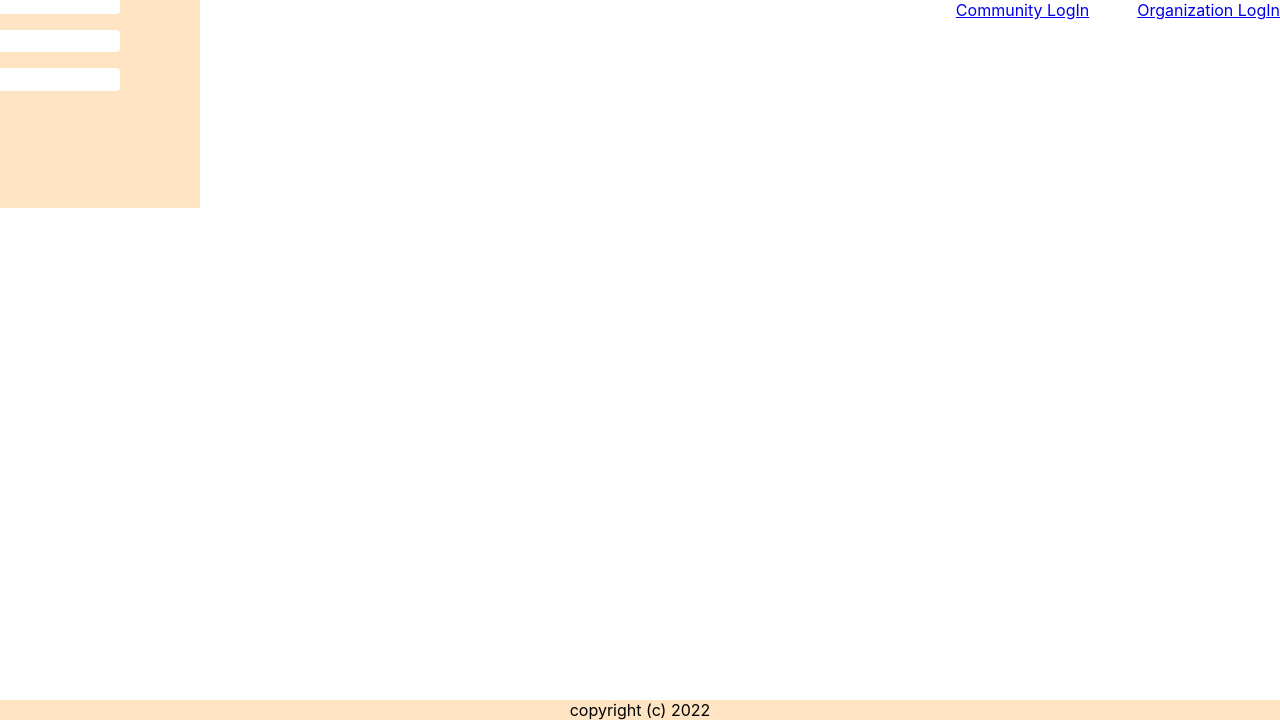
Repository: samuelp244/Ticket-Managment-System
Page: / (app in app/)
The author's editor kept a copy of each file at every save. The page is drawn from the files as they stood at one save, then again after a run of saves.
The browser window is 1280 px wide. The pictures show the whole page.
The project was rebuilt for these pictures with package versions that can differ from the ones it lists, and the page was loaded fresh each time.

Above is the page before, as saved 2022-08-17 17:51:14.

After the next 2 saves:
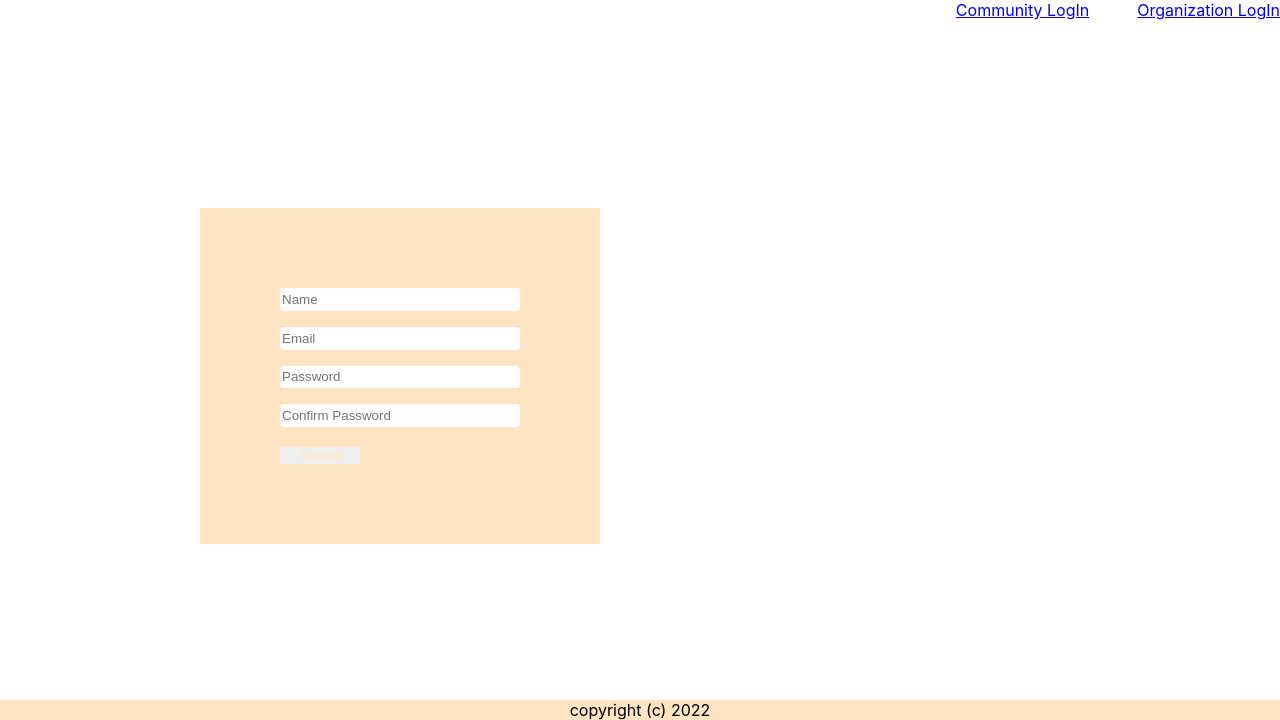
The 2 saves are shown as one change because they came seconds apart.
The last was saved 7 s later.
--- a/app/src/components/forms/SignUpComm.css
+++ b/app/src/components/forms/SignUpComm.css
@@ -7,7 +7,7 @@ form{
     background-color: bisque;
     top: 50%;
     left: 50%;
-    transform: translate(-50%, -50%);
+    transform: translate(50%, 50%);
 }
 
 .details{
